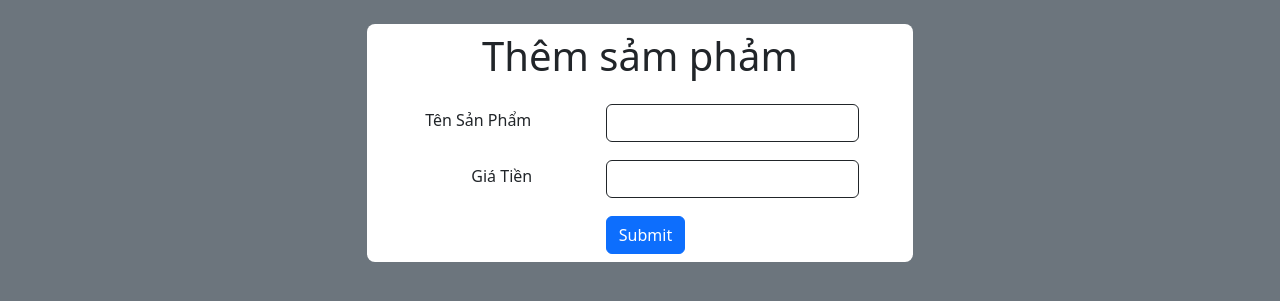
Repository: HT-35/iuh
Page: thi GK/index.html
The author's editor kept a copy of each file at every save. The page is drawn from the files as they stood at one save, then again after a run of saves.
The browser window is 1280 px wide. The pictures show the whole page.

Above is the page before, as saved 2024-03-25 11:51:57.
Console error: TypeError: Cannot read properties of null (reading 'addEventListener')

### thi GK/index.html
<!DOCTYPE html>
<html lang="en">

<head>
  <meta charset="UTF-8">
  <meta name="viewport" content="width=device-width, initial-scale=1.0">
  <title>Call API from Form Input</title>
  <link href="https://cdn.jsdelivr.net/npm/bootstrap@5.3.3/dist/css/bootstrap.min.css" rel="stylesheet">
</head>

<body class="container bg-secondary">

  <div class="row">

    <div class="col-sm-3 col-md-3 col-lg-3"></div>

    <div class="col-sm-6 col-md-6 col-lg-6">
      <div class="  bg-white rounded-3 p-2 w-100 mt-4">
        <div class="row">

          <div class="title col-sm-12 col-md-12 col-lg-12">
            <h1 class="text-center">Thêm sảm phảm</h1>
          </div>
        </div>

        <form action="#" class="">
          <div class="mb-3 mt-3 row">
            <div class="col-0 col-sm-2 col-md-2 col-lg-1  ">

            </div>
            <div class="col-6 col-sm-4 col-md-4 col-lg-4  ">
              <label for="email" class="form-label p-1">Tên Sản Phẩm</label>
            </div>
            <div class="col-6 col-sm-6 col-md-6 col-lg-6"><input type="email" class="form-control border border-dark"
                id="email" placeholder="" name="email"></div>
          </div>



          <div class="mb-3 mt-3 row">
            <div class="col-0 col-sm-2 col-md-2 col-lg-2  ">

            </div>
            <div class="col-6 col-sm-4 col-md-4 col-lg-3  ">
              <label for="email" class="form-label p-1">Giá Tiền</label>
            </div>
            <div class="col-6 col-sm-6 col-md-6 col-lg-6"><input type="email" class="form-control border border-dark"
                id="email" placeholder="" name="email"></div>
          </div>

          <div class="row">
            <div class=" col-4 col-sm-5 col-md-5 col-lg-5 "></div>
            <div class=" col-6 col-sm-3 col-md-3 col-lg-3 "><button type="submit"
                class="btn  btn-primary">Submit</button>
            </div>
            <div class=" col-6 col-sm-4 col-md-4 col-lg-4 "></div>

          </div>
        </form>
        <div id="result"></div>
      </div>

    </div>


    <div class="col-sm-3 col-md-3 col-lg-3"></div>
  </div>



  <script src="https://cdn.jsdelivr.net/npm/bootstrap@5.3.3/dist/js/bootstrap.bundle.min.js"></script>
  <script src="script.js"></script>
</body>

</html>

### thi GK/script.js
document.addEventListener("DOMContentLoaded", function () {
  document
    .getElementById("apiForm")
    .addEventListener("submit", function (event) {
      event.preventDefault(); // Ngăn chặn sự kiện mặc định của form

      var inputData = document.getElementById("inputData").value; // Lấy dữ liệu từ input

      // Gửi yêu cầu fetch đến API
      fetch("URL_API_CỦA_BẠN", {
        method: "POST",
        headers: {
          "Content-Type": "application/json",
        },
        body: JSON.stringify({ data: inputData }),
      })
        .then((response) => {
          if (!response.ok) {
            throw new Error("Network response was not ok");
          }
          return response.json();
        })
        .then((data) => {
          // Xử lý dữ liệu trả về từ API
          document.getElementById("result").innerText =
            "API Response: " + JSON.stringify(data);
        })
        .catch((error) => {
          // Xử lý lỗi
          console.error("Error:", error);
          document.getElementById("result").innerText =
            "Error: " + error.message;
        });
    });
});

After the next 2 saves:
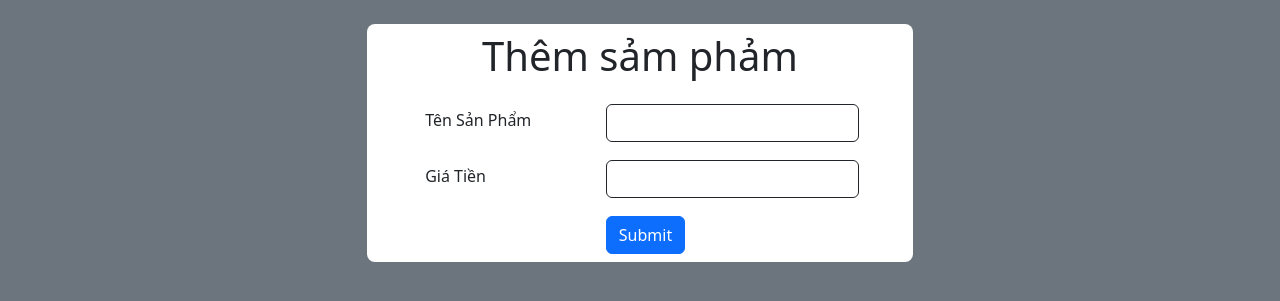
The 2 saves are shown as one change because they came seconds apart.
The last was saved 12 s later.
--- a/thi GK/index.html
+++ b/thi GK/index.html
@@ -38,10 +38,10 @@
 
 
           <div class="mb-3 mt-3 row">
-            <div class="col-0 col-sm-2 col-md-2 col-lg-2  ">
+            <div class="col-0 col-sm-2 col-md-2 col-lg-1  ">
 
             </div>
-            <div class="col-6 col-sm-4 col-md-4 col-lg-3  ">
+            <div class="col-6 col-sm-4 col-md-4 col-lg-4  ">
               <label for="email" class="form-label p-1">Giá Tiền</label>
             </div>
             <div class="col-6 col-sm-6 col-md-6 col-lg-6"><input type="email" class="form-control border border-dark"
